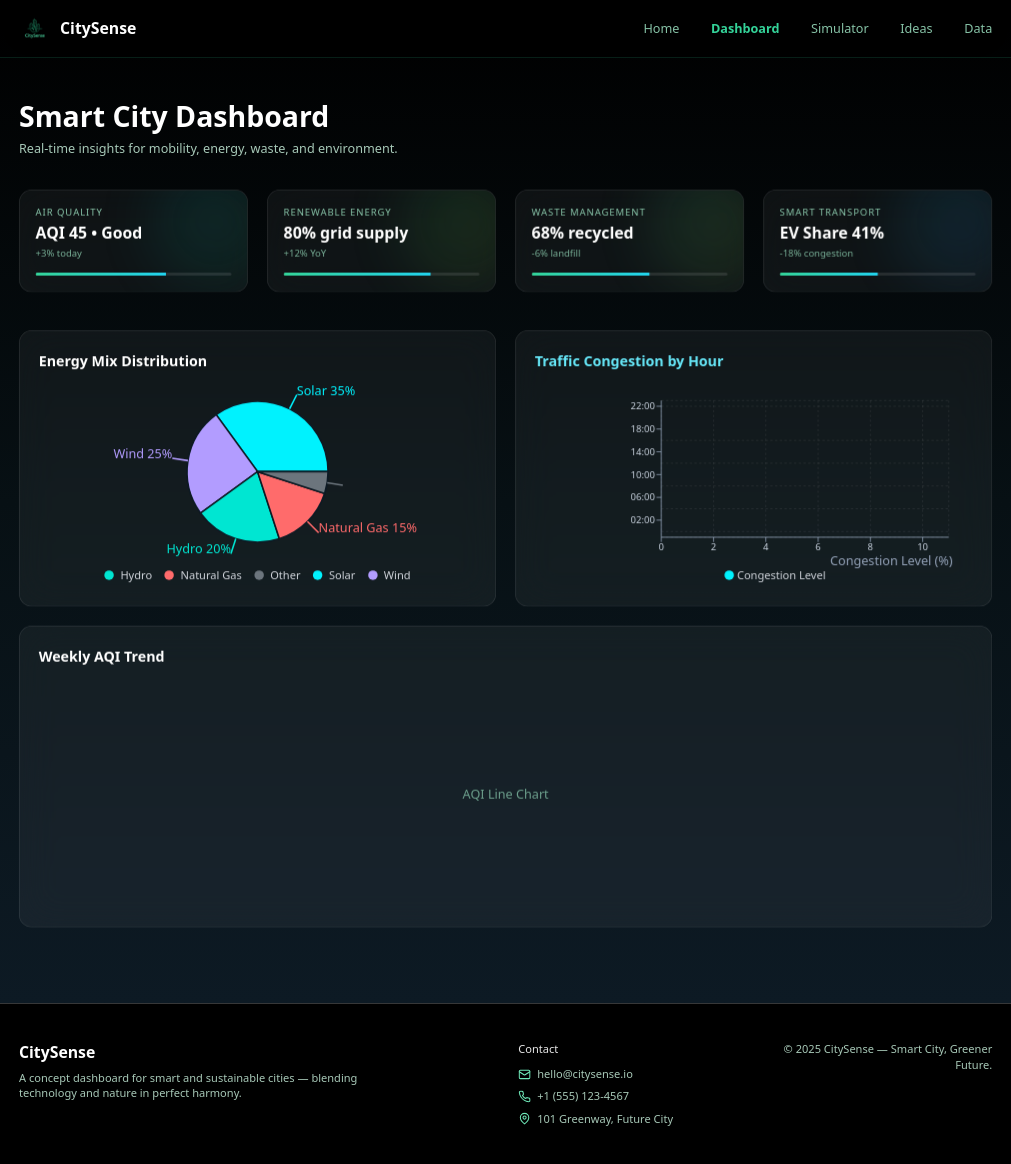
Repository: crashyet/CitySense
Page: /dashboard
The author's editor kept a copy of each file at every save. The page is drawn from the files as they stood at one save, then again after the next save.
The browser window is 1280 px wide. The pictures show the whole page, at 79% of full size.
The project was rebuilt for these pictures with package versions that can differ from the ones it lists, and the page was loaded fresh each time. Also part of the build but not shown: vite.config.js, src/pages/landing/Hero.jsx, src/pages/landing/DashboardPreview.jsx, src/pages/landing/Infographic.jsx, src/pages/landing/Community.jsx, src/pages/landing/index.jsx, src/pages/Simulator/index.jsx, src/pages/Ideas/index.jsx and 1 more.

Above is the page before, as saved 2025-11-17 14:46:15.

After the next save:
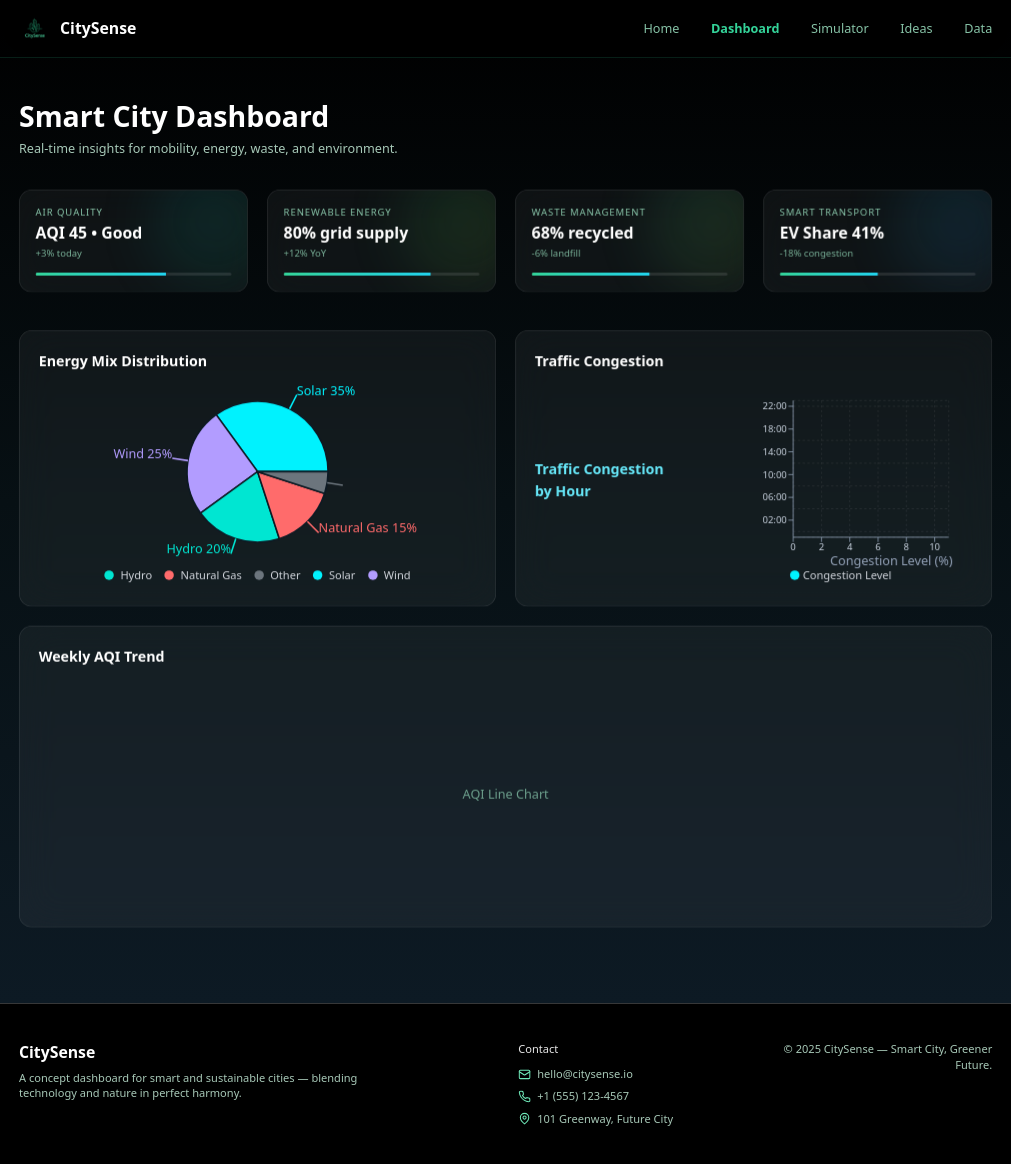
Saved 40 s later.
--- a/src/pages/Dashboardpack/index.jsx
+++ b/src/pages/Dashboardpack/index.jsx
@@ -95,10 +95,10 @@ export default function Dashboardpack() {
               </div>
             </div>
 
-            {/* TRAFFIC - Diperbaiki untuk tampilan yang rapi */}
+            {/* TRAFFIC */}
             <div className="rounded-2xl border border-white/10 bg-white/5 p-6 backdrop-blur-xl">
-              {/* Judul dipindahkan ke dalam komponen TrafficCongestionChart agar tidak duplikasi */}
-              <div className="h-64">
+              <h3 className="text-lg font-semibold mb-4">Traffic Congestion</h3>
+              <div className="h-64 flex items-center justify-center text-emerald-200/60">
                 <TrafficCongestionChart />
               </div>
             </div>
